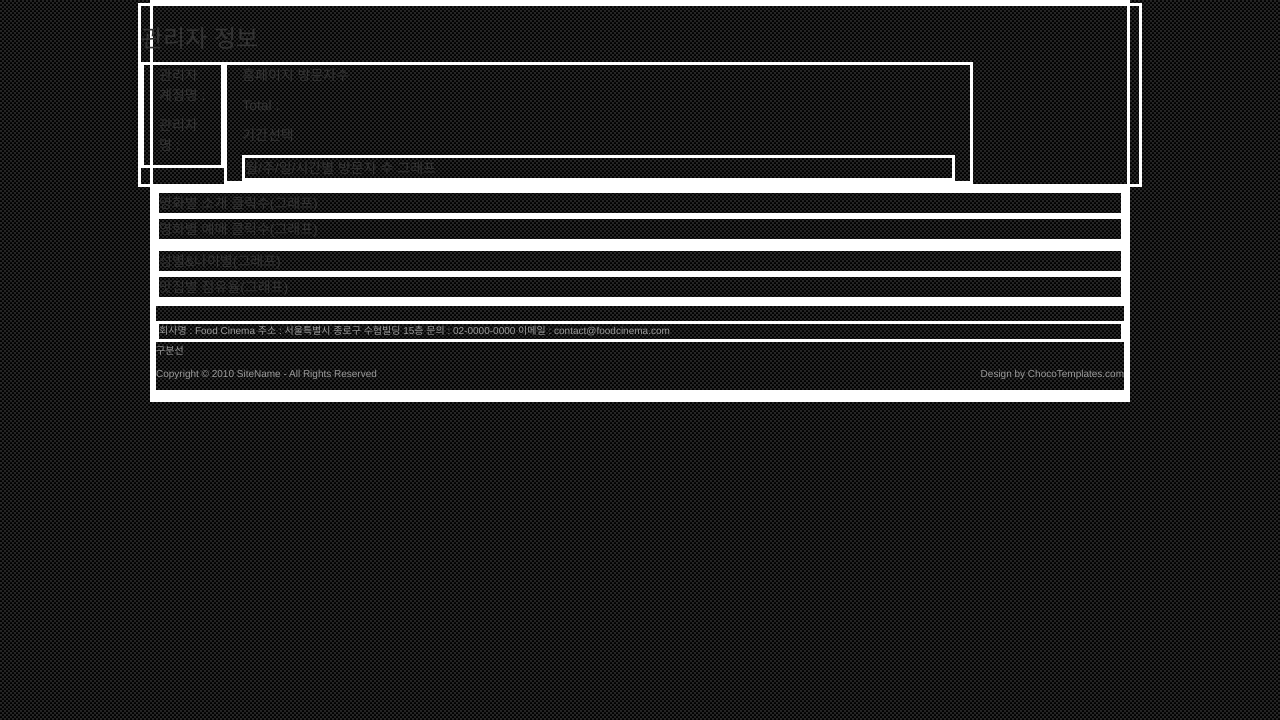
Repository: fhwang2/WEB
Page: http://localhost/FoodCinema/admin.jsp
An editor plug-in stored every save of this project. The page is shown before and after the next save, followed by the edit.
The browser window is 1280 px wide. The pictures show the whole page.
The page is served by Tomcat 9.

Above is the page before, as saved 2019-07-11 09:06:14.

### FoodCinema/WebContent/admin.jsp
<%@ page language="java" contentType="text/html; charset=UTF-8"
	pageEncoding="UTF-8"%>
<!DOCTYPE html>
<head>
<title>Food Cinema</title>
<meta http-equiv="Content-Type" content="text/html; charset=utf-8" />
<link rel="stylesheet" href="css/style.css" type="text/css" media="all" />
<link rel="stylesheet" href="https://maxcdn.bootstrapcdn.com/bootstrap/3.4.0/css/bootstrap.min.css">
<script src="https://ajax.googleapis.com/ajax/libs/jquery/3.4.1/jquery.min.js"></script>
<script	src="https://maxcdn.bootstrapcdn.com/bootstrap/3.4.0/js/bootstrap.min.js"></script>
<script type="text/javascript" src="js/jquery-1.4.2.min.js"></script>
<script type="text/javascript" src="js/jquery-func.js"></script>

<style>

.adminTotal{
	display : grid;
}
div {
	border-style: solid;
	border-color: white;
}

</style>

</head>
<body>
	<div id="shell">
		<!-- <div id="header">
			<h1 id="logo">
				<a href="#">FoodCinema</a>
			</h1>
		</div> -->
		<div id="admin_total" class="row">
			<h3>관리자 정보</h3>
			<div id="admin_info" class="col-sm-1">

				<p class="">
					관리자 계정명 :
					<%

				%>
				</p>
				<p>
					관리자명 :
					<%

				%>
				</p>
			</div>
			<div id="totalCnt" class="col-sm-9">
				<p>홈페이지 방문자수</p>
				<p>
					Total :
					<%

				%>
				</p>
				<p>기간선택</p>
				<div id="visitor">월/주/일/시간별 방문자 수 그래프</div>
			</div>
		</div>
		<div id="movie_stat">
			<div id="movie_info_count">영화별 소개 클릭수(그래프)</div>
			<div id="movie_ing_count">영화별 예매 클릭수(그래프)</div>
		</div>
		<div id="matzip_stat">
			<div id="matzip_sex+age">성별&나이별(그래프)</div>
			<div id="matzip_share">맛집별 점유율(그래프)</div>
		</div>
		<div id="footer">
			<div id="companyInfo">
				회사명 : Food Cinema
				주소 : 서울특별시 종로구 수협빌딩 15층
				문의 : 02-0000-0000
				이메일 : contact@foodcinema.com
			</div>
			<p>구분선</p>
			<p class="lf">
				Copyright &copy; 2010 <a href="#">SiteName</a> - All Rights Reserved
			</p>
			<p class="rf">
				Design by <a href="http://chocotemplates.com/">ChocoTemplates.com</a>
			</p>
			<div style="clear: both;"></div>
		</div>
	</div>
</body>
</html>

Loaded but not shown: FoodCinema/WebContent/css/style.css (common file); FoodCinema/WebContent/js/jquery-1.4.2.min.js (library); FoodCinema/WebContent/js/jquery-func.js (common file)

After the next save:
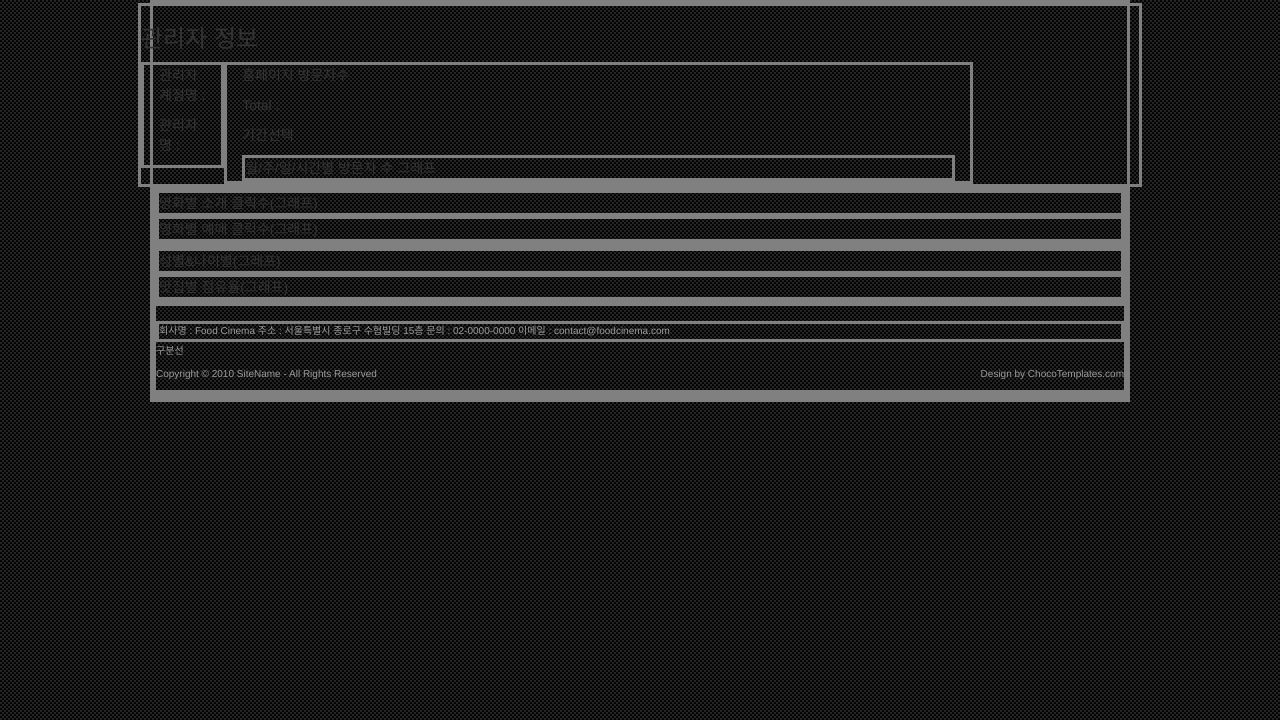
Saved 12 s later.
--- a/FoodCinema/WebContent/admin.jsp
+++ b/FoodCinema/WebContent/admin.jsp
@@ -18,7 +18,7 @@
 }
 div {
 	border-style: solid;
-	border-color: white;
+	border-color: gray;
 }
 
 </style>
